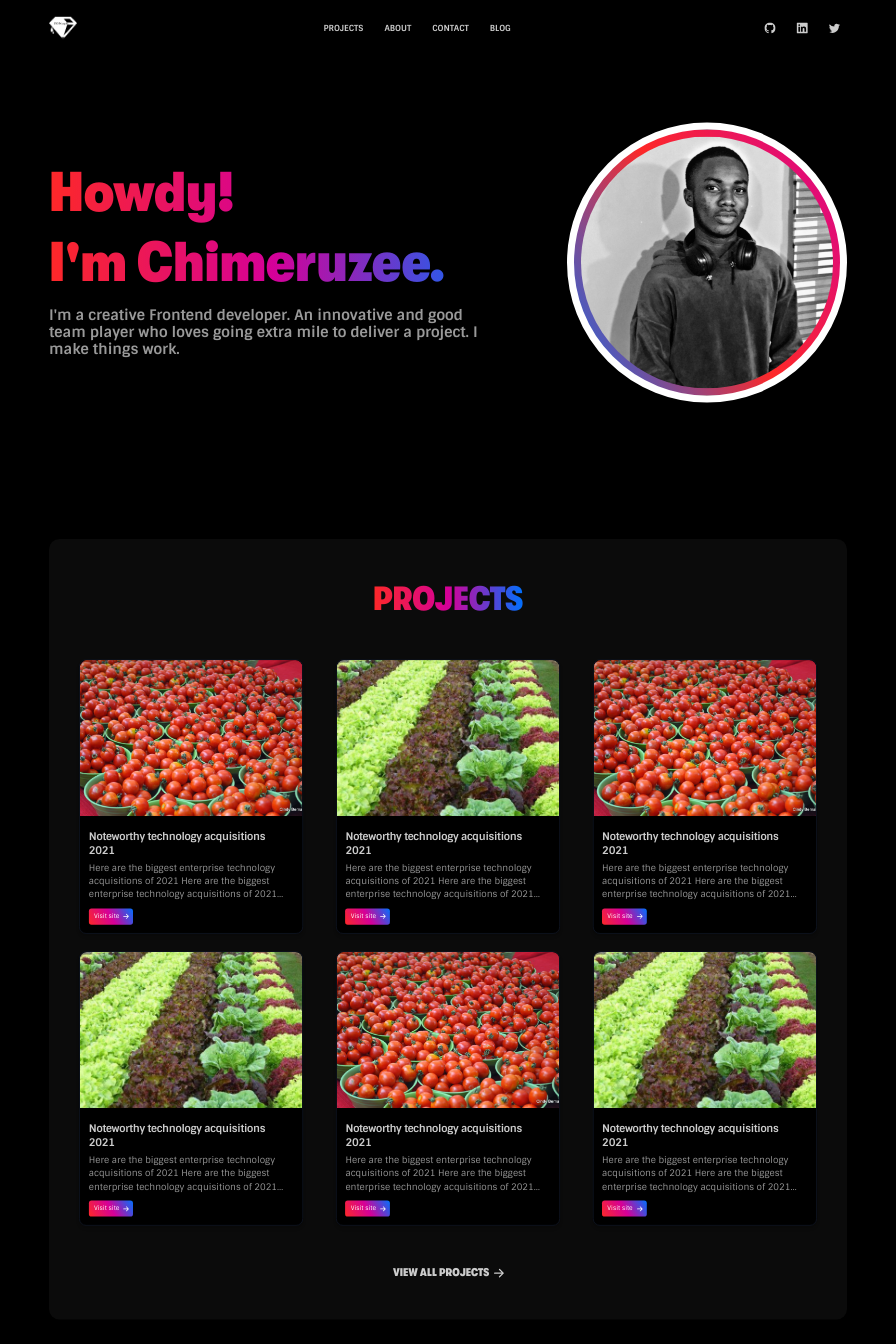
Repository: Ehceyn/ChimeruzeePortfolio
Page: /
These files come from the project's save history. The page is drawn as it stood at one moment and after the next save; the edit follows.
The browser window is 1280 px wide. The pictures show the part of the page from y = 0 to 1920 px (the page is 2801 px tall), at 70% of full size.
The project was rebuilt for these pictures with package versions that can differ from the ones it lists, and the page was loaded fresh each time. The framework's server and built-in components were replaced by stand-ins that run in the browser. Also part of the build but not shown: next.config.js.

Above is the page before, as saved 2022-07-04 22:24:50.

### pages/_app.js
import Layout from "../src/components/Layout/Layout";
import "../styles/global.css";

function MyApp({ Component, pageProps }) {
  return (
    <Layout>
      <Component {...pageProps} />
    </Layout>
  );
}

export default MyApp;

### pages/index.js
import MetaHead from "../src/components/MetaHead/MetaHead";
import Header from "../src/components/Header/Header";
import Hero from "../src/components/Hero/Hero";
import Projects from "../src/components/Projects/Projects";
import Technologies from "../src/components/Technologies/Technologies";
import Timeline from "../src/components/Timeline/Timeline";
import Accomplishments from "../src/components/Accomplishments/Accomplishments";
import Contact from "../src/components/Contact/Contact";
import Footer from "../src/components/Footer/Footer";

export default function Home() {
  return (
    <>
      <MetaHead
        title="Chimeruzee | Front-end developer"
        contentKeyword="web development, react development, frontend development, web design, programming"
        contentDescription="A Web designer and developer's portfolio"
      />
      <Header />
      <Hero />
      <Projects />
      <Technologies />
      <Timeline />
      <Accomplishments />
      <Contact />
      <Footer />
    </>
  );
}

### src/components/Layout/Layout.js
import React from "react";

function Layout({ children }) {
  return <>{children}</>;
}

export default Layout;

### styles/global.css
@font-face {
  font-family: GTWalsheimPro;
  src: url(/fonts/GTWalsheimPro-CondensedBlack/GTWalsheimPro-CondensedBlack.ttf); /* IE9 Compat Modes */
  src: url(/fonts/GTWalsheimPro-CondensedBlack/GTWalsheimPro-CondensedBlack.ttf?iefix)
      format("embedded-opentype") /* IE6-IE8 */,
    url(/fonts/GTWalsheimPro-CondensedBlack/GTWalsheimPro-CondensedBlack.woff)
      format("woff") /* Super Modern Browsers */,
    url(/fonts/GTWalsheimPro-CondensedBlack/GTWalsheimPro-CondensedBlack.woff2)
      format("woff2") /* Pretty Modern Browsers */,
    url(/fonts/GTWalsheimPro-CondensedBlack/GTWalsheimPro-CondensedBlack.ttf)
      format("truetype"); /* Safari, Android, iOS */
  font-weight: 900;
  font-style: normal;
}

@font-face {
  font-family: Sintony-Bold;
  src: url(/fonts/Sintony/Sintony-Bold.ttf); /* IE9 Compat Modes */
  font-style: normal;
}

@font-face {
  font-family: Sintony-Regular;
  src: url(/fonts/Sintony/Sintony-Regular.ttf); /* IE9 Compat Modes */
  font-style: normal;
}

@tailwind base;
@tailwind components;
@tailwind utilities;

* {
  box-sizing: border-box;
  margin: 0;
  padding: 0;
}
html {
  font-size: 62.5%;
  scroll-behavior: smooth;
  background: black;
}
body {
  font-family: Sintony-Regular, "Segoe UI", sans-serif;
  font-size: 1.6rem;
  background: black;
  color: #ccc;
  cursor: default;
  max-width: 1700px;
  margin: auto;
}
h1 {
  display: flex;
  align-items: center;
  width: 100%;
  height: fit-content;
  font-size: 5em;
  color: gray;
  background: -webkit-linear-gradient(180deg, #0070fdff, #d50098ff, #fd2828);
  -webkit-background-clip: text;
  -webkit-text-fill-color: transparent;
  flex-wrap: wrap;
}
h2 {
  display: flex;
  align-items: center;
  width: fit-content;
  height: fit-content;
  font-size: 3em;
  color: gray;
  background: -webkit-linear-gradient(180deg, #0070fdff, #d50098ff, #fd2828);
  -webkit-background-clip: text;
  -webkit-text-fill-color: transparent;
  flex-wrap: wrap;
}
h3 {
  font-family: Sintony-Bold, "Segoe UI", sans-serif;
  font-size: 1.3em;
  line-height: 1.2;
  color: #999;
}

h4 {
  font-family: Sintony-Bold, "Segoe UI", sans-serif;
  font-size: 1.3em;
  line-height: 1.2;
}

p {
  font-size: 0.8em;
  color: #999;
  line-height: 1.5;
}

h1,
h2,
h5,
h6,
button {
  font-family: GTWalsheimPro, "Segoe UI", sans-serif;
}

.card-text {
  overflow: hidden;
  text-overflow: ellipsis;
  display: -webkit-box;
  -webkit-line-clamp: 3; /* number of lines to show */
  -webkit-box-orient: vertical;
}

nav .navlinks {
  display: flex;
  align-items: center;
  width: fit-content;
  height: inherit;
  text-transform: uppercase;
  font-size: 12px;
  font-family: Sintony-Bold, "Segoe UI", sans-serif;
  cursor: pointer;
}

nav .navlinks:focus {
  color: #0070fdff;
}

a {
  text-decoration: none;
}
li {
  list-style: none;
}

.sectionStyle {
  display: flex;
  align-items: center;
  width: 100%;
  height: fit-content;
  padding: 30px 100px;
}

/* Linear Gradient background for hero image */
.background {
  background: -webkit-linear-gradient(210deg, #0070fdff, #d50098ff, #fd2828);
}
/* Linear Gradient Border for hero image */
.border-gradient {
  background: linear-gradient(210deg, #0070fdff, #d50098ff, #fd2828) border-box,
    linear-gradient(210deg, #0070fdff, #d50098ff, #fd2828) padding-box;
}

.hero {
  /* position: relative; */
  z-index: 10;
  background-color: rgba(179, 174, 174, 0.562);
}

/* .hero::before {
  content: "";
  background-size: cover;
  position: absolute;
  z-index: -1;
  top: 0px;
  right: 0px;
  bottom: 0px;
  left: 0px;
  opacity: 0.95;
  background: url("/images/meruz-bw.jpg") no-repeat center/cover;
} */

/*
   accent1: "hsl(34.9,98.6%,72.9%)",
    button: "hsl(205.1,100%,36.1%)",
    background2: "hsl(232.7,27.3%,23.7%)", */

### src/components/MetaHead/MetaHead.js
import Head from "next/head";

import React from "react";

function MetaHead(props) {
  return (
    <Head>
      <title>{props.title}</title>
      <meta name="description" content={props.contentKeyword} />
      <meta name="keywords" content={props.contentDescription} />
      <link rel="icon" href="/favicon.ico" />
    </Head>
  );
}

export default MetaHead;

### src/components/Header/Header.js
import React from "react";
import { BsGithub, BsLinkedin, BsTwitter } from "react-icons/bs";

import Image from "next/image";

function Header() {
  return (
    <header className="flex items-center justify-center w-full h-[80px] px-[70px] fixed bg-[#000000a2] backdrop-blur-md shadow-sm t-0 inset-x-0 z-30">
      <div className="flex items-center justify-between w-[inherit] h-[inherit]">
        <Image
          src="/images/immersewhite.png"
          height="40px"
          width="40px"
          alt="Logo"
          objectFit="contain"
        />
        <nav className="flex items-center w-fit h-fit space-x-4">
          <article className="navlinks hover:bg-[#2020205b] p-4 hover:rounded-lg hover:scale-105 active:scale-100 transition-all duration-200">
            Projects
          </article>
          <article className="navlinks hover:bg-[#2020205b] p-4 hover:rounded-lg hover:scale-105 active:scale-100 transition-all duration-200">
            About
          </article>
          <article className="navlinks hover:bg-[#2020205b] p-4 hover:rounded-lg hover:scale-105 active:scale-100 transition-all duration-200">
            Contact
          </article>
          <article className="navlinks hover:bg-[#2020205b] p-4 hover:rounded-lg hover:scale-105 active:scale-100 transition-all duration-200">
            Blog
          </article>
        </nav>
        <div className="flex items-center w-fit h-[inherit] space-x-4">
          <article className="cursor-pointer hover:bg-[#2020205b] p-4 hover:rounded-lg hover:scale-105 active:scale-100 transition-all duration-200">
            <BsGithub className="text-[#ccc] text-[16px]" />
          </article>
          <article className="cursor-pointer hover:bg-[#2020205b] p-4 hover:rounded-lg hover:scale-105 active:scale-100 transition-all duration-200">
            {" "}
            <BsLinkedin className="text-[#ccc] text-[16px]" />
          </article>
          <article className="cursor-pointer hover:bg-[#2020205b] p-4 hover:rounded-lg hover:scale-105 active:scale-100 transition-all duration-200">
            {" "}
            <BsTwitter className="text-[#ccc] text-[16px]" />
          </article>
        </div>
      </div>
    </header>
  );
}

export default Header;

### src/components/Hero/Hero.js
import React, { useState } from "react";
import { motion } from "framer-motion";
import Image from "next/image";
import { heroImage } from "../../../animations/animation";

function Hero() {
  const [degree, setDegree] = useState(210);
  setInterval(() => {
    if (degree <= 360) {
      setDegree(degree + 5);
    } else {
      setDegree(0);
    }
  }, 1000);

  /* Linear Gradient Border for hero image */
  const borderGradient = {
    background: `linear-gradient(${degree}deg, #d50098ff, #fd2828,#0070fdff) border-box, linear-gradient(210deg, #0070fdff, #d50098ff, #fd2828) padding-box`,
  };

  return (
    <section className="flex justify-between items-center w-full h-[100vh]  pt-[80px] pb-20 px-[70px] ">
      {/* <video
        src="/video/vid.mp4"
        className="absolute t-0 inset-x-0 "
        autoPlay
        loop
        muted
      ></video> */}
      <div className="w-fit leading-tight mr-[100px]">
        <h1>Howdy! </h1>
        <h1>I&apos;m Chimeruzee.</h1>
        <h3 className="flex items-center w-fit max-w-[800px] h-fit py-5 ">
          I&apos;m a creative Frontend developer. An innovative and good team
          player who loves going extra mile to deliver a project. I make things
          work.
        </h3>
      </div>
      <div className="max-w-[400px] min-w-[400px] object-contain ">
        <motion.div
          initial="initial"
          animate="animate"
          transition="transition"
          className="border-[10px] border-white rounded-full object-cover flex justify-center items-center p-[10px] "
          style={borderGradient}
        >
          <Image
            src="/images/meruz-bw.jpg"
            width="400"
            height="400"
            alt="Chimeruzee"
            objectFit="cover"
            className="rounded-full background"
          />
        </motion.div>
      </div>
    </section>
  );
}

export default Hero;

### src/components/Projects/Projects.js
import React from "react";
import Image from "next/image";

function Projects() {
  return (
    <section className="px-[70px] mt-20">
      <div className=" w-full min-h-[80vh] h-fit bg-[#2020205b] rounded-3xl py-20">
        <article className="w-full flex justify-center mb-20">
          <h2>PROJECTS</h2>
        </article>
        {/* All project cards */}
        <div className="w-full grid grid-cols-1 md:grid-cols-3 gap-x-4 gap-y-10 px-10">
          {[
            { src: "/images/test1.jpg", name: "HTML" },
            { src: "/images/test2.jpg", name: "CSS" },
            { src: "/images/test1.jpg", name: "HTML" },
            { src: "/images/test2.jpg", name: "CSS" },
            { src: "/images/test1.jpg", name: "HTML" },
            { src: "/images/test2.jpg", name: "CSS" },
          ].map((r) => (
            <div
              key={r.name}
              className="group max-w-lg bg-black w-[512px] overflow-hidden rounded-2xl border-[1px] border-gray-900 shadow-md object-cover mx-auto"
            >
              <a href="#">
                <Image
                  className="rounded-t-2xl group-hover:scale-105 transition-all duration-200"
                  src={r.src}
                  alt=""
                  width={500}
                  height={350}
                  objectFit="cover"
                />
              </a>
              <div className="p-5">
                <a href="#">
                  <h4 className="mb-2 text-2xl font-bold tracking-tight">
                    Noteworthy technology acquisitions 2021
                  </h4>
                </a>
                <p className="mb-3 w-[300px] h-30 card-text">
                  Here are the biggest enterprise technology acquisitions of
                  2021 Here are the biggest enterprise technology acquisitions
                  of 2021 technology acquisitions of 2021
                </p>
                <a
                  href="#"
                  className="inline-flex items-center py-2 px-3 text-sm font-medium text-center text-white focus:ring-4 focus:outline-none background rounded-md"
                >
                  Visit site
                  <svg
                    className="ml-2 -mr-1 w-4 h-4 group-hover:translate-x-1 transition-all duration-200 ease-in-out"
                    fill="currentColor"
                    viewBox="0 0 20 20"
                    xmlns="http://www.w3.org/2000/svg"
                  >
                    <path
                      fillRule="evenodd"
                      d="M10.293 3.293a1 1 0 011.414 0l6 6a1 1 0 010 1.414l-6 6a1 1 0 01-1.414-1.414L14.586 11H3a1 1 0 110-2h11.586l-4.293-4.293a1 1 0 010-1.414z"
                      clipRule="evenodd"
                    ></path>
                  </svg>
                </a>
              </div>
            </div>
          ))}
        </div>
        <article className="w-full flex justify-center mt-20">
          <button className="group bg-transparent py-2 px-4 uppercase inline-flex items-center">
            View all projects
            <svg
              className="ml-2 -mr-1 w-7 h-7 group-hover:translate-x-1 transition-all duration-200"
              fill="currentColor"
              viewBox="0 0 20 20"
              xmlns="http://www.w3.org/2000/svg"
            >
              <path
                fillRule="evenodd"
                d="M10.293 3.293a1 1 0 011.414 0l6 6a1 1 0 010 1.414l-6 6a1 1 0 01-1.414-1.414L14.586 11H3a1 1 0 110-2h11.586l-4.293-4.293a1 1 0 010-1.414z"
                clipRule="evenodd"
              ></path>
            </svg>
          </button>
        </article>
      </div>
    </section>
  );
}

export default Projects;

### src/components/Technologies/Technologies.js
import React from "react";
import Image from "next/image";

function Technologies() {
  return (
    <section className="px-[70px]">
      <div className=" w-full min-h-[80vh] h-fit py-20">
        <article className="w-full flex justify-center mb-20">
          <h2>TECHNOLOGIES</h2>
        </article>
        <div className="w-full grid grid-cols-2 md:grid-cols-4 gap-x-4 gap-y-10 px-10">
          {[
            { src: "/images/html.png", name: "HTML" },
            { src: "/images/css.png", name: "CSS" },
            { src: "/images/js.png", name: "JavaScript" },
            { src: "/images/react.png", name: "react" },
            { src: "/images/nodejs.png", name: "nodeJS" },
            { src: "/images/nextjs.svg", name: "nextJS" },
            { src: "/images/GraphQL-logo.png", name: "graphQL" },
            { src: "/images/redux.png", name: "Redux" },
            { src: "/images/mongodb.png", name: "MongoDB" },
            { src: "/images/firebase.png", name: "Firebase" },
            { src: "/images/git.png", name: "Git" },
            { src: "/images/tailwind.png", name: "TailwindCss" },
          ].map((r, index) => (
            <div
              key={r.name}
              className="group flex flex-col justify-center items-center bg-[#2020205b] py-10 px-16 rounded-lg shadow-md mx-auto"
            >
              <Image
                src={r.src || "/images/GraphQL-logo.png"}
                alt=""
                width={100}
                height={100}
                objectFit="contain"
              />
              <h4 className="mt-5  text-2xl font-bold tracking-tight capitalize">
                {r.name}
              </h4>
            </div>
          ))}
        </div>
      </div>
    </section>
  );
}

export default Technologies;

### src/components/Timeline/Timeline.js
import React from "react";

function Timeline() {
  return <div>Timeline</div>;
}

export default Timeline;

### src/components/Accomplishments/Accomplishments.js
import React from "react";

function Accomplishments() {
  return <div>Accomplishments</div>;
}

export default Accomplishments;

### animations/animation.js
export const heroImage = {
  initial: {
    rotate: 0,
    // x: -100
  },
  animate: {
    rotate: 180,
    // x: 100
  },
  transition: {
    type: "tween",
    ease: "easeInOut",
    repeat: "Infinity",
    duration: 0.2,
  },
};

### tailwind.config.js
/** @type {import('tailwindcss').Config} */
module.exports = {
  mode: "jit",
  content: ["./src/**/*.{js,jsx,ts,tsx}", "./pages/**/*.{js,jsx,ts,tsx}"],
  theme: {
    extend: {},
    screens: {
      xs: "460px",
      // => @media (min-width: 460px) { ... }
      sm: "640px",
      // => @media (min-width: 640px) { ... }

      md: "768px",
      // => @media (min-width: 768px) { ... }

      md2: "1000px",
      // => @media (min-width: 1000px) { ... }

      md3: "1124px",
      // => @media (min-width: 1124px) { ... }

      lg: "1024px",
      // => @media (min-width: 1024px) { ... }

      xl: "1280px",
      // => @media (min-width: 1280px) { ... }

      "2xl": "1536px",
      // => @media (min-width: 1536px) { ... }
    },
  },
  plugins: [],
};

Loaded but not shown: pages/_document.js (common file); src/components/Contact/Contact.js (common file); src/components/Footer/Footer.js (common file)

After the next save:
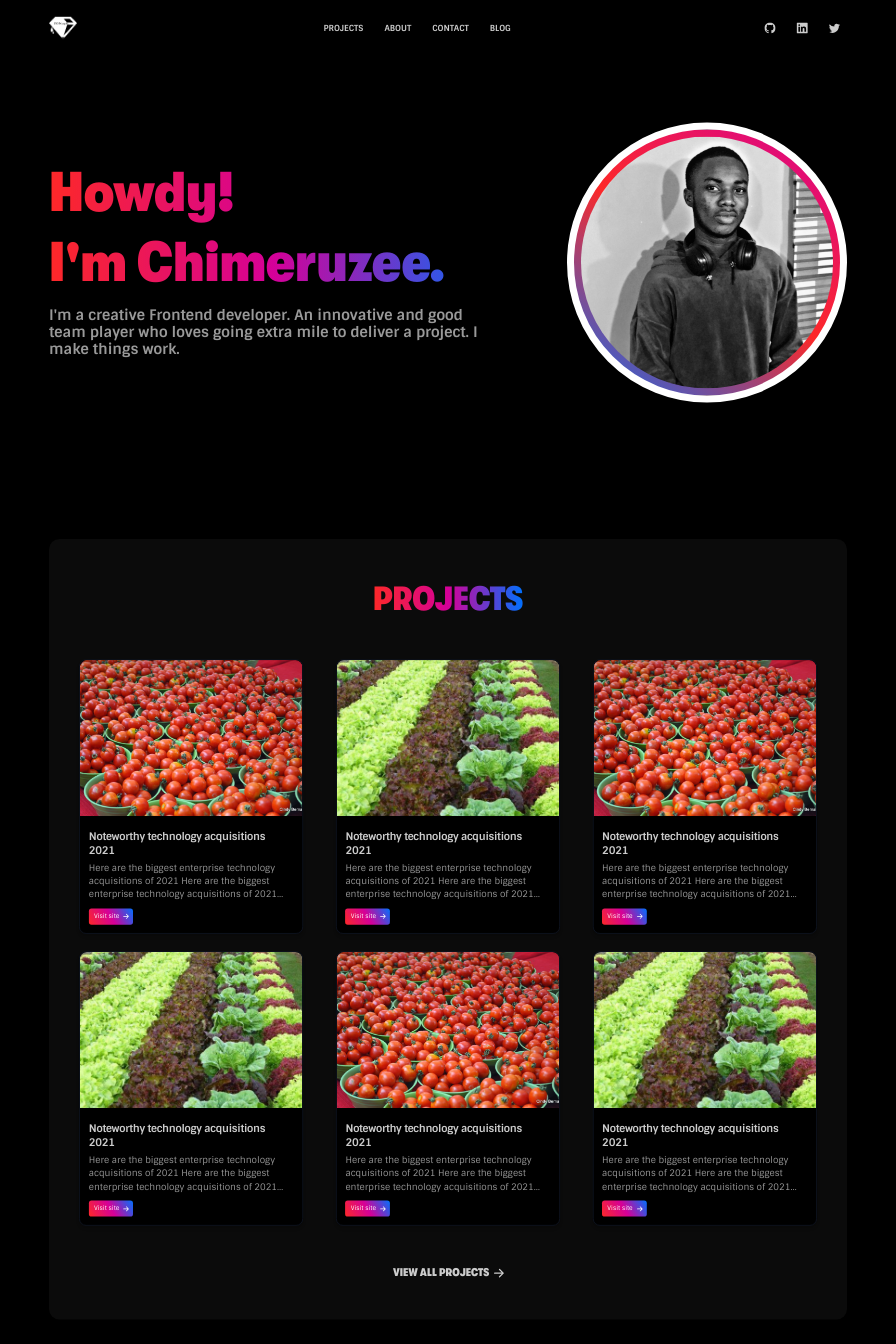
Saved 18 s later.
--- a/src/components/Hero/Hero.js
+++ b/src/components/Hero/Hero.js
@@ -11,7 +11,7 @@
     } else {
       setDegree(0);
     }
-  }, 1000);
+  }, 5000);
 
   /* Linear Gradient Border for hero image */
   const borderGradient = {
